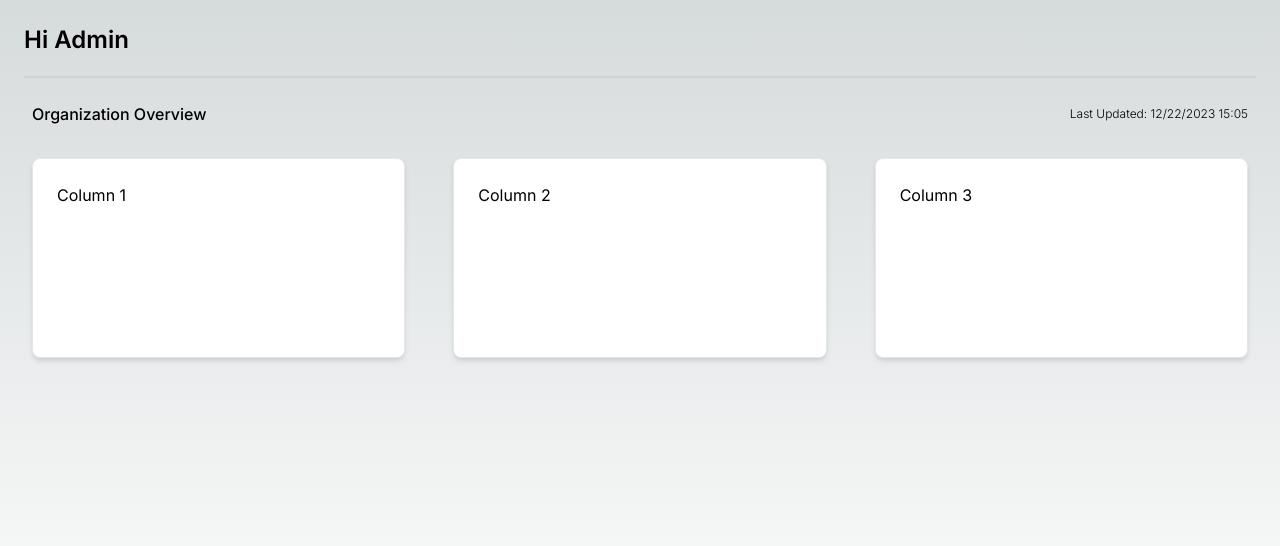
Repository: khairul35/merchant-dashboard
Page: /home
The author's editor kept a copy of each file at every save. The page is drawn from the files as they stood at one save, then again after the next save.
The browser window is 1280 px wide. The pictures show the whole page.
The project was rebuilt for these pictures with package versions that can differ from the ones it lists, and the page was loaded fresh each time. The framework's server and built-in components were replaced by stand-ins that run in the browser. Also part of the build but not shown: next.config.js, app/components/layout/Header/index.module.css, app/components/layout/Header/index.component.tsx, app/components/layout/Navigation/index.module.css, app/components/layout/Navigation/index.component.tsx, app/components/layout/Navigation/menus.tsx.

Above is the page before, as saved 2024-01-03 16:08:14.

After the next save:
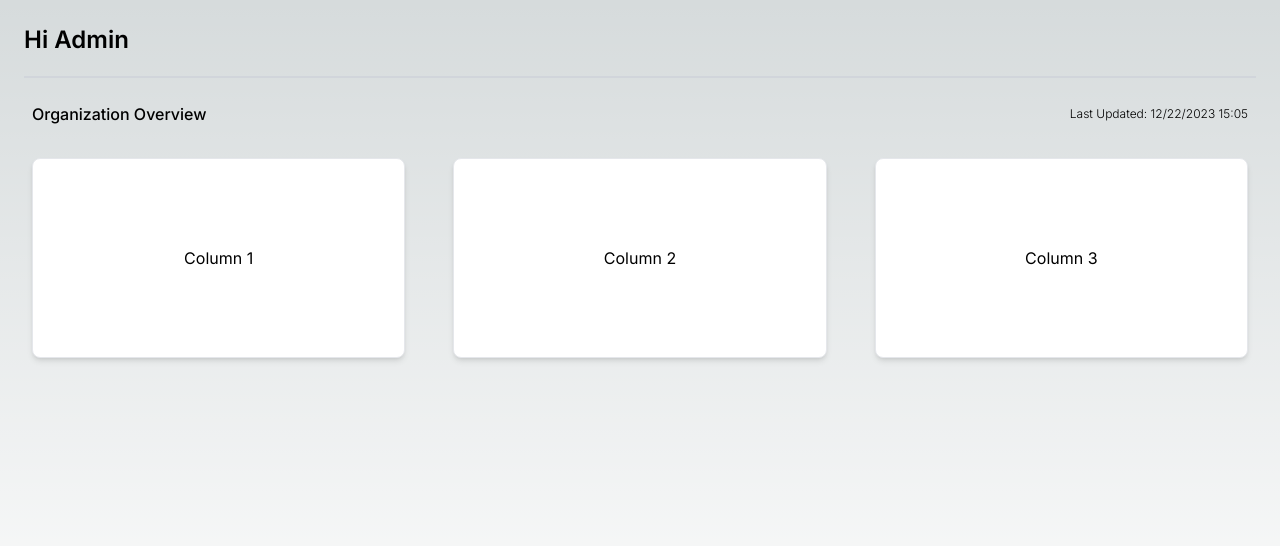
Saved 104 s later.
--- a/app/home/index.module.css
+++ b/app/home/index.module.css
@@ -1,3 +1,6 @@
 .organizationOverviewCard {
     height: 200px;
+    display: flex;
+    justify-content: center; /* Horizontally aligns items */
+    align-items: center;
 }
